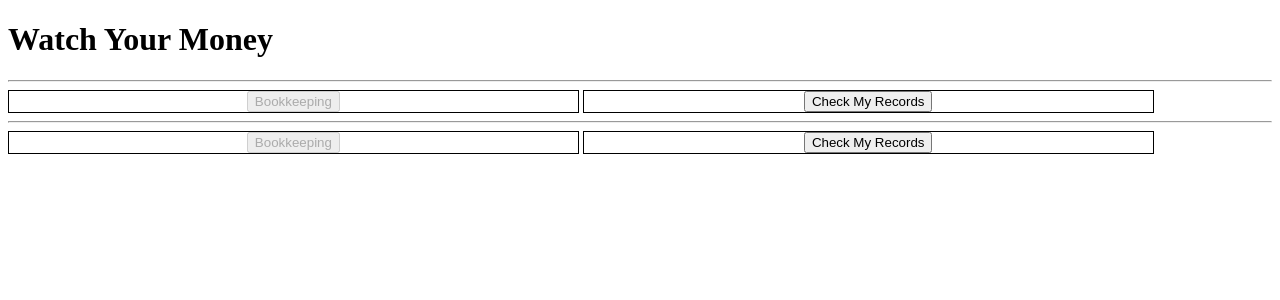
Repository: chelsea9869/Hackathon-TNT
Page: http://localhost/app/watch_your_money.php
An editor plug-in stored every save of this project. The page is shown before and after a run of saves, followed by the edit.
The browser window is 1280 px wide. The pictures show the whole page.
The page is run by PHP 8.4 with error messages shown; the project is at /var/www/html/.

Above is the page before, as saved 2020-09-05 10:59:30.

After the next 5 saves:
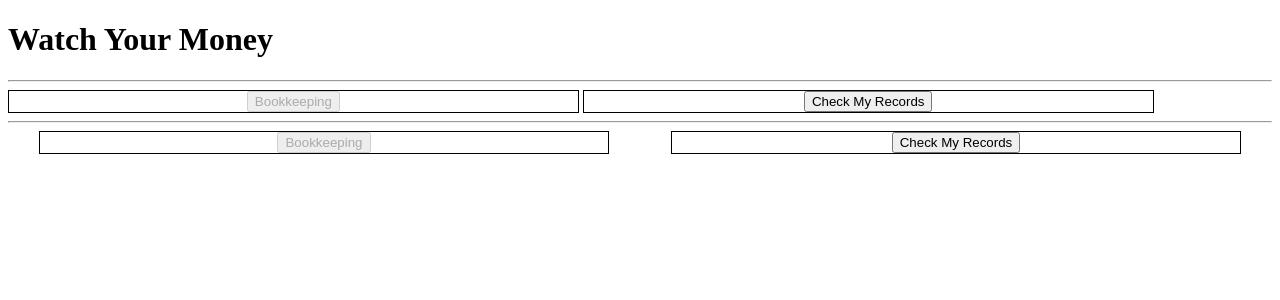
The 5 saves are shown as one change because they came seconds apart.
The last was saved 14 s later.
--- a/app/watch_your_money.php
+++ b/app/watch_your_money.php
@@ -18,7 +18,7 @@
     </div>
 
     <hr>
-    <div name='function' >
+    <div name='function' style='display: flex;justify-content: space-around;'>
         <div id='bookkeeping' style="width:45%;text-align:center;display:inline-table;border:1px solid">
             <button disabled="disabled">Bookkeeping</button>
         </div>
